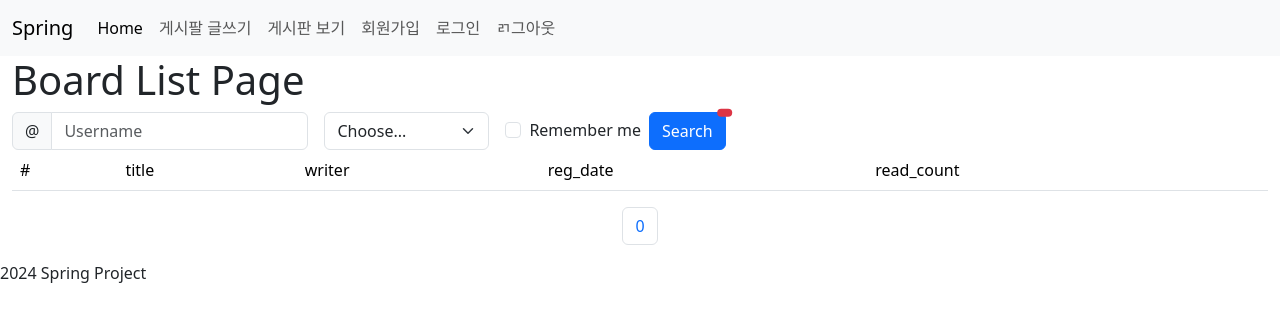
Repository: tkwkduddnd/SpringTest240430
Page: http://localhost/spring_study/WEB-INF/views/board/list.jsp
The author's editor kept a copy of each file at every save. The page is drawn from the files as they stood at one save, then again after the next save.
The browser window is 1280 px wide. The pictures show the whole page.
The page is served by Tomcat 9. Nobody is signed in. The template is opened directly, without the code that normally fills it, so the values that code supplies are empty.

Above is the page before, as saved 2024-04-25 02:48:41.

### spring_study/src/main/webapp/WEB-INF/views/board/list.jsp
<%@ page language="java" contentType="text/html; charset=UTF-8"
    pageEncoding="UTF-8"%>
    <%@ taglib uri="http://java.sun.com/jsp/jstl/core" prefix="c" %>

<jsp:include page="../layout/header.jsp" />
<div class="container-fluid">
	<h1>Board List Page</h1>
	<!-- 검색라인 -->
	<form action="/board/list" method="get"  class="row row-cols-lg-auto g-3 align-items-center">
  <div class="col-12">
    <label class="visually-hidden" for="inlineFormInputGroupUsername">Username</label>
    <div class="input-group">
      <div class="input-group-text">@</div>
      <input type="text" class="form-control" id="inlineFormInputGroupUsername" placeholder="Username">
    </div>
  </div>
  <div class="col-12">
    <label class="visually-hidden" for="inlineFormSelectPref">Preference</label>
    <select class="form-select" id="inlineFormSelectPref">
      <option selected>Choose...</option>
      <option value="t">title</option>
      <option value="w">writer</option>
      <option value="c">content</option>
      <option value="tc">title&content</option>
      <option value="wc">writer&content</option>
      <option value="tw">title&writer</option>
      <option value="twc">All</option>

    </select>
  </div>


  <div class="col-12">
    <div class="form-check">
      <input class="form-check-input" type="checkbox" id="inlineFormCheck">
      <input type="hidden" name="pageNo" value="1">
      <input type="hidden" name="qty" value="10">
      <label class="form-check-label" for="inlineFormCheck">
        Remember me
      </label>
    </div>
  </div>

  <button type="button" class="btn btn-primary position-relative">
  Search
  <span class="position-absolute top-0 start-100 translate-middle badge rounded-pill bg-danger">
    ${ph.totalCount}
    <span class="visually-hidden">unread messages</span>
  </span>
</button>
</form>
		<div>
		<table class="table">
	<thead>
		<tr>
		<td>#</td>
		<td>title</td>
		<td>writer</td>
		<td>reg_date</td>
		<td>read_count</td>
		</tr>
	</thead>
	<tbody>
		<c:forEach items="${list }" var="bvo">
		<tr>
			<td>${bvo.bno }</td>
			<td><a href="/board/detail?bno=${bvo.bno}">${bvo.title }</td>
			<td>${bvo.writer }</td>
			<td>${bvo.reg_date }</td>
			<td>${bvo.read_count }</td>
		</tr>
		</c:forEach>
	</tbody>
	</table>
	</div>
	<!-- 페이지네이션 라인 -->
	<nav aria-label="Page navigation example">
  <ul class="pagination justify-content-center">
  <c:if test="${ph.prev}">
    <li class="page-item">
    <a class="page-link" href="/board/list?pageNo=${ph.startPage-1 } &qty=${ph.pgvo.qty}" aria-laber="Previous">
    <span aria-hidden="true">← </span>
    </a>
    </li>
    </c:if>

    <c:forEach begin="${ph.startPage }" end="${ph.endPage }" var="i">
    <li class="page-item"><a class="page-link" href="/board/list?pageNo=${i} &qty=${ph.pgvo.qty}">${i }</a></li>
    </c:forEach>

    <c:if test="${ph.next}">
    <li class="page-item">
    <a class="page-link" href="/board/list?pageNo=${ph.endPage+1 } &qty=${ph.pgvo.qty}" aria-laber="Next">
    <span aria-hidden="true">→</span>
    </a>
    </li>
    </c:if>
  </ul>
</nav>

	</div>
<jsp:include page="../layout/footer.jsp" />

### spring_study/src/main/webapp/WEB-INF/views/layout/header.jsp
<%@ page language="java" contentType="text/html; charset=UTF-8"
    pageEncoding="UTF-8"%>
<!DOCTYPE html>
<html>
<head>
<meta charset="UTF-8">
<title>header.jsp</title>
<link href="https://cdn.jsdelivr.net/npm/bootstrap@5.3.3/dist/css/bootstrap.min.css" rel="stylesheet" integrity="sha384-QWTKZyjpPEjISv5WaRU9OFeRpok6YctnYmDr5pNlyT2bRjXh0JMhjY6hW+ALEwIH" crossorigin="anonymous">
<script src="https://cdn.jsdelivr.net/npm/bootstrap@5.3.3/dist/js/bootstrap.bundle.min.js" integrity="sha384-YvpcrYf0tY3lHB60NNkmXc5s9fDVZLESaAA55NDzOxhy9GkcIdslK1eN7N6jIeHz" crossorigin="anonymous"></script>
</head>
<body>
<nav class="navbar navbar-expand-lg bg-body-tertiary">
  <div class="container-fluid">
    <a class="navbar-brand" href="#">Spring</a>
    <button class="navbar-toggler" type="button" data-bs-toggle="collapse" data-bs-target="#navbarSupportedContent" aria-controls="navbarSupportedContent" aria-expanded="false" aria-label="Toggle navigation">
      <span class="navbar-toggler-icon"></span>
    </button>
    <div class="collapse navbar-collapse" id="navbarSupportedContent">
      <ul class="navbar-nav me-auto mb-2 mb-lg-0">
        <li class="nav-item">
          <a class="nav-link active" aria-current="page" href="/">Home</a>
        </li>
        <li class="nav-item">
          <a class="nav-link" href="/board/register">게시팔 글쓰기</a>
        </li>
        <li class="nav-item">
          <a class="nav-link" href="/board/list">게시판 보기</a>
        </li>
        <li class="nav-item">
          <a class="nav-link" href="#">회원가입</a>
        </li>
        <li class="nav-item">
          <a class="nav-link" href="#">로그인</a>
        </li>
        <li class="nav-item">
          <a class="nav-link" href="#">ㄺ그아웃</a>
        </li>
        </ul>
    </div>
  </div>
</nav>

### spring_study/src/main/webapp/WEB-INF/views/layout/footer.jsp
<%@ page language="java" contentType="text/html; charset=UTF-8"
    pageEncoding="UTF-8"%>
<div class="mb-3">
	2024 Spring Project
</div>

</body>
</html>

After the next save:
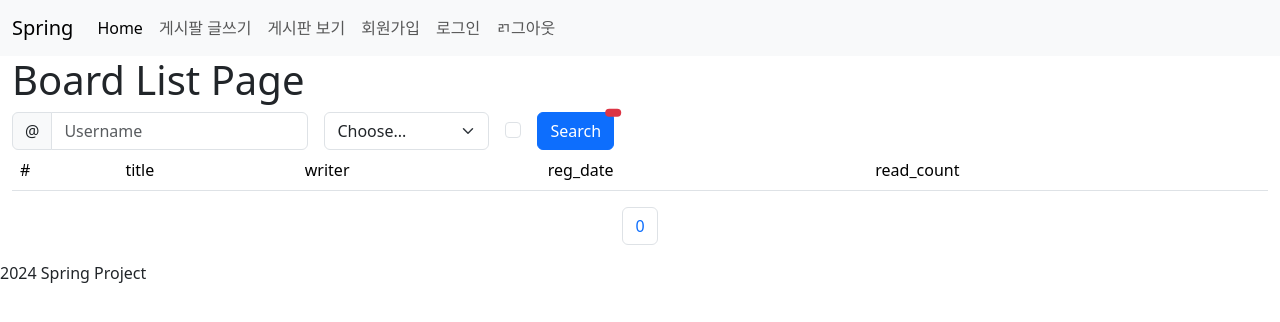
Saved 46 s later.
--- a/spring_study/src/main/webapp/WEB-INF/views/board/list.jsp
+++ b/spring_study/src/main/webapp/WEB-INF/views/board/list.jsp
@@ -35,9 +35,7 @@
       <input class="form-check-input" type="checkbox" id="inlineFormCheck">
       <input type="hidden" name="pageNo" value="1">
       <input type="hidden" name="qty" value="10">
-      <label class="form-check-label" for="inlineFormCheck">
-        Remember me
-      </label>
+
     </div>
   </div>
 
